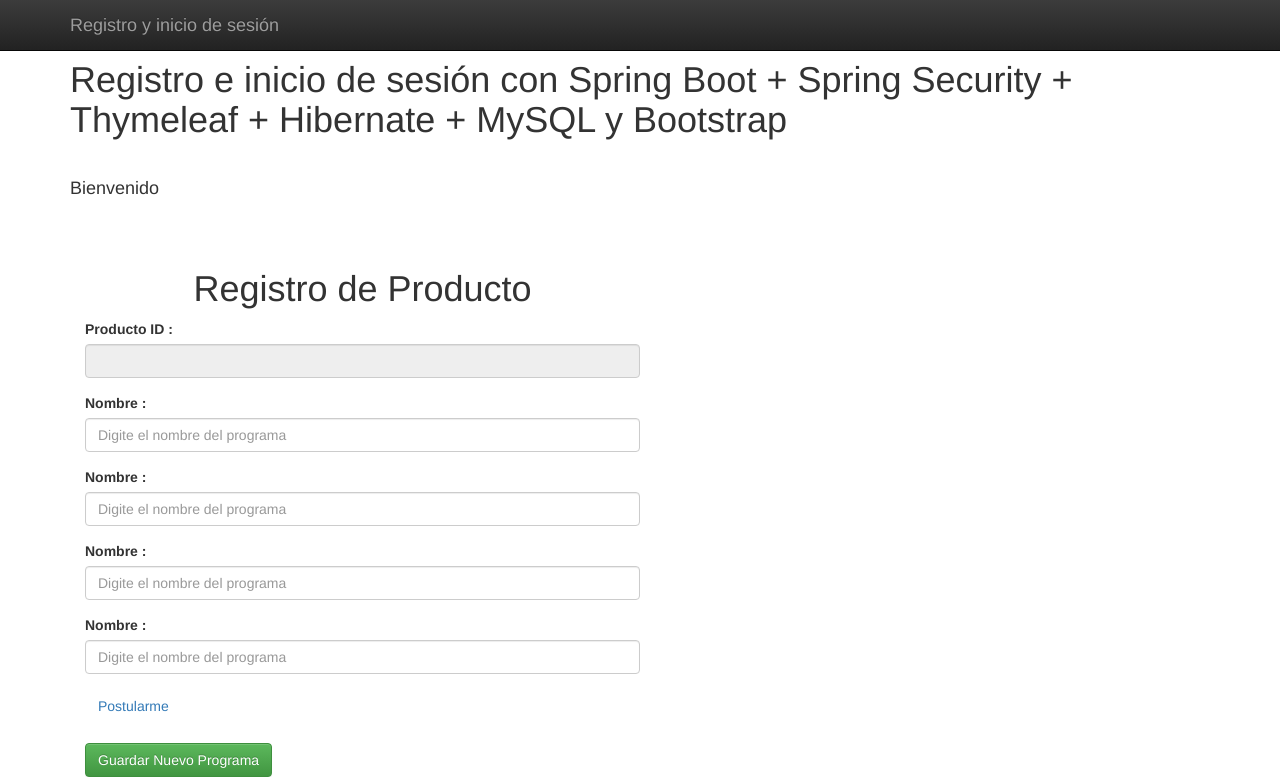
Repository: AndresBR2003/Proyecto-Integrador
Page: http://localhost/nuevo_form
The author's editor kept a copy of each file at every save. The page is drawn from the files as they stood at one save, then again after the next save.
The browser window is 1280 px wide. The pictures show the whole page.
The page is this project's Thymeleaf template; nobody is signed in. The template is opened directly, without the code that normally fills it, so the values that code supplies are empty.

Above is the page before, as saved 2023-10-16 06:18:22.
Console error (its wording comes from the project's code and is left out).

### UnidosPorUnPerúMejor/src/main/resources/templates/nuevo_form.html
<!DOCTYPE html>
<html xmlns:th="http://www.thymeleaf.org"
	xmlns:sec="http://www.thymeleaf.org/thymeleaf-extras-springsecurity3">
<head>

<meta charset="utf-8">
<title>Edicion de Programas</title>
<!-- Latest compiled and minified CSS -->
<link rel="stylesheet"
	href="https://maxcdn.bootstrapcdn.com/bootstrap/3.3.7/css/bootstrap.min.css"
	integrity="sha384-BVYiiSIFeK1dGmJRAkycuHAHRg32OmUcww7on3RYdg4Va+PmSTsz/K68vbdEjh4u"
	crossorigin="anonymous">

<!-- Optional theme -->
<link rel="stylesheet"
	href="https://maxcdn.bootstrapcdn.com/bootstrap/3.3.7/css/bootstrap-theme.min.css"
	integrity="sha384-rHyoN1iRsVXV4nD0JutlnGaslCJuC7uwjduW9SVrLvRYooPp2bWYgmgJQIXwl/Sp"
	crossorigin="anonymous">
</head>
<body>


	<nav class="navbar navbar-inverse navbar-fixed-top">
		<div class="container">
			<div class="navbar-header">
				<button type="button" class="navbar-toggle collapsed"
					data-toggle="collapse" data-target="#navbar" aria-expanded="false"
					aria-controls="navbar">
					<span class="sr-only">Toggle navigation</span> <span
						class="icon-bar"></span> <span class="icon-bar"></span> <span
						class="icon-bar"></span>
				</button>
				<a class="navbar-brand" th:href="@{/programas}">Registro y
					inicio de sesión</a>
			</div>
			<div id="navbar" class="collapse navbar-collapse">
				<ul class="nav navbar-nav">
					<li sec:authorize="isAuthenticated()"><a th:href="@{/logout}">Cerrar
							sesión</a></li>
				</ul>
			</div>
		</div>
	</nav>

	<br>
	<br>

	<div class="container">
		<h1>Registro e inicio de sesión con Spring Boot + Spring Security
			+ Thymeleaf + Hibernate + MySQL y Bootstrap</h1>
		<br>
		<h4>
			Bienvenido <span sec:authentication="principal.username"></span>
		</h4>

		<br> <br>

		<div class="container">
		<div class="row">
			<div class="col-lg-6 col-md-6 col-sm-6 container justify-content-center card">
				<h1 class="text-center">Registro de Producto</h1>
				<div class="carf-body">
					<form th:action="@{/guardar}" th:object="${formulario}" method="post">

						<div class="form-group">
							<label>Producto ID : </label>
							<input type="text" name="nombre" th:field="*{idForm}" class="form-control" readonly="readonly">
						</div>

						<div class="form-group">
							<label>Nombre : </label>
							<input type="text" name="cvForm" th:field="*{cvForm}" class="form-control" placeholder="Digite el nombre del programa" required>
						</div>
						<div class="form-group">
							<label>Nombre : </label>
							<input type="text" name="cartaForm" th:field="*{cartaForm}" class="form-control" placeholder="Digite el nombre del programa" required>
						</div>
						<div class="form-group">
							<label>Nombre : </label>
							<input type="text" name="antecedentesForm" th:field="*{antecedentesForm}" class="form-control" placeholder="Digite el nombre del programa" required>
						</div>
						<div class="form-group">
							<label>Nombre : </label>
							<input type="text" name="copiaDNI_CEForm" th:field="*{copiaDNI_CEForm}" class="form-control" placeholder="Digite el nombre del programa" required>
						</div>
						<div>
						<a class="btn btn-secondary mb-2" th:href="@{/}">Postularme</a>
						</div>
						<br>
						<div>
							<button class="btn btn-success">Guardar Nuevo Programa</button>
						</div>

					</form>
				</div>
			</div>
		</div>
		</div>
	</div>



	<!-- Latest compiled and minified JavaScript -->
	<script
		src="https://maxcdn.bootstrapcdn.com/bootstrap/3.3.7/js/bootstrap.min.js"
		integrity="sha384-Tc5IQib027qvyjSMfHjOMaLkfuWVxZxUPnCJA7l2mCWNIpG9mGCD8wGNIcPD7Txa"
		crossorigin="anonymous"></script>
</body>
</html>

After the next save:
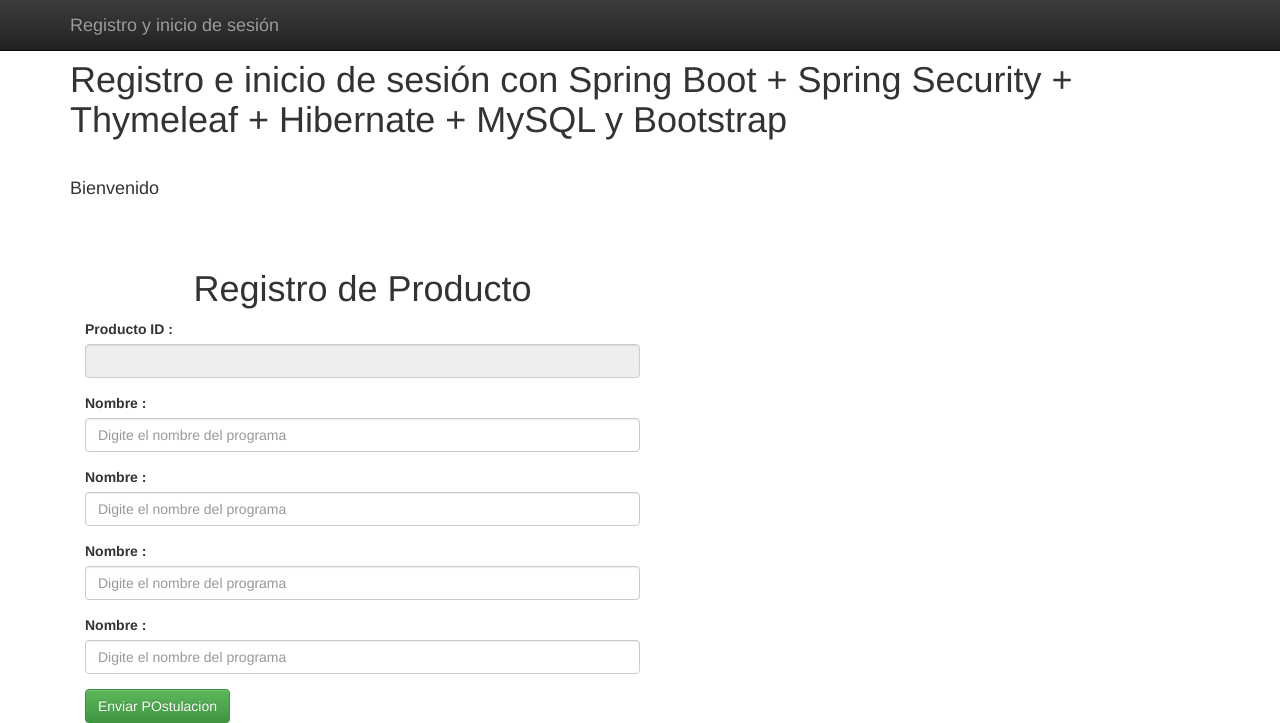
Saved 24 s later.
--- a/UnidosPorUnPerúMejor/src/main/resources/templates/nuevo_form.html
+++ b/UnidosPorUnPerúMejor/src/main/resources/templates/nuevo_form.html
@@ -84,11 +84,7 @@
 							<input type="text" name="copiaDNI_CEForm" th:field="*{copiaDNI_CEForm}" class="form-control" placeholder="Digite el nombre del programa" required>
 						</div>
 						<div>
-						<a class="btn btn-secondary mb-2" th:href="@{/}">Postularme</a>
-						</div>
-						<br>
-						<div>
-							<button class="btn btn-success">Guardar Nuevo Programa</button>
+							<button class="btn btn-success">Enviar POstulacion</button>
 						</div>
 
 					</form>
